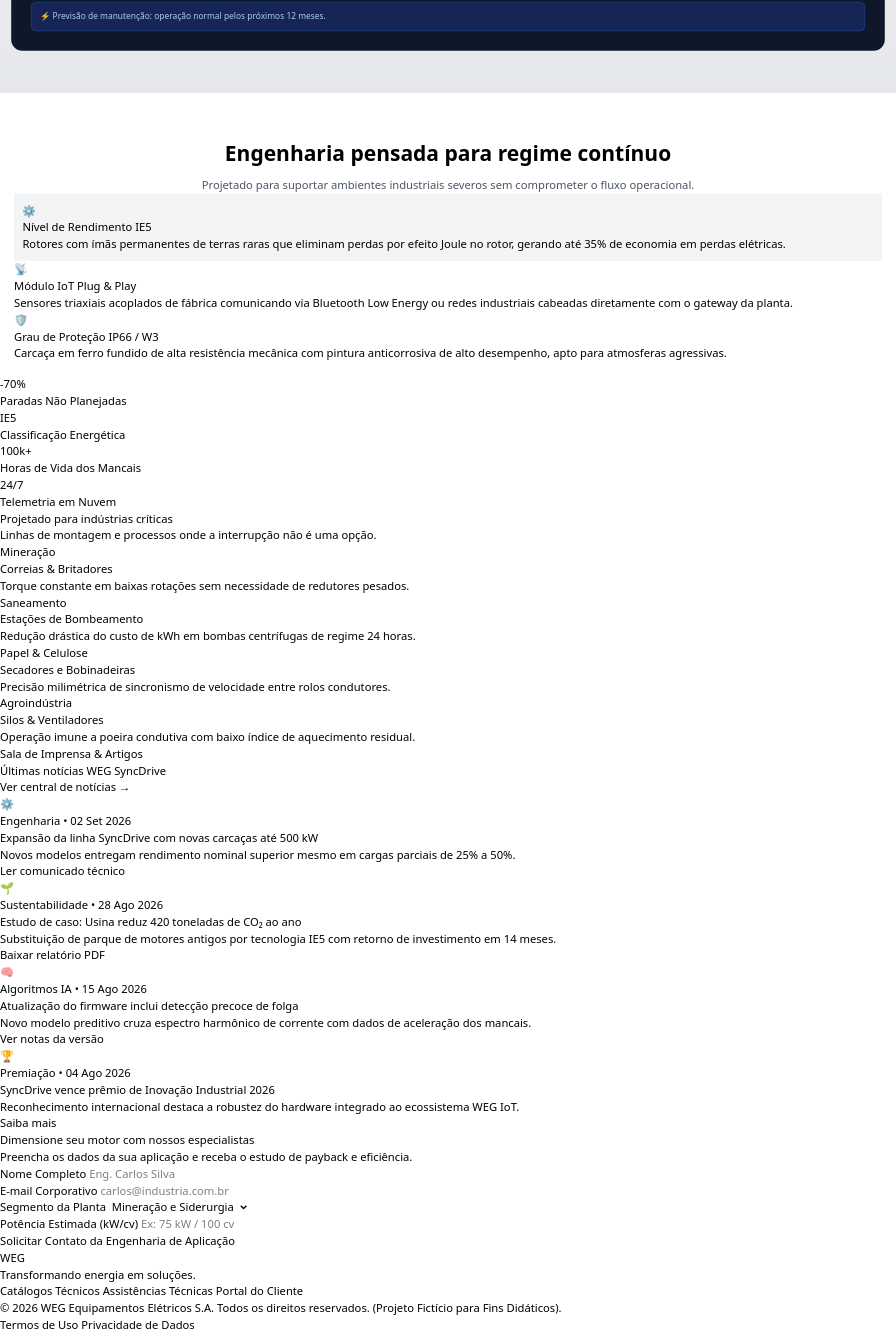
Repository: camilewng/Exercicio-Tailwind
Page: index.html
These files come from the project's save history. The page is drawn as it stood at one moment and after the next save; the edit follows.
The browser window is 1280 px wide. The pictures show the part of the page from y = 872 to 2792 px (the page is 2776 px tall before and 2792 px after), at 70% of full size.

Above is the page before, as saved 2026-09-08 21:15:09.

After the next save:
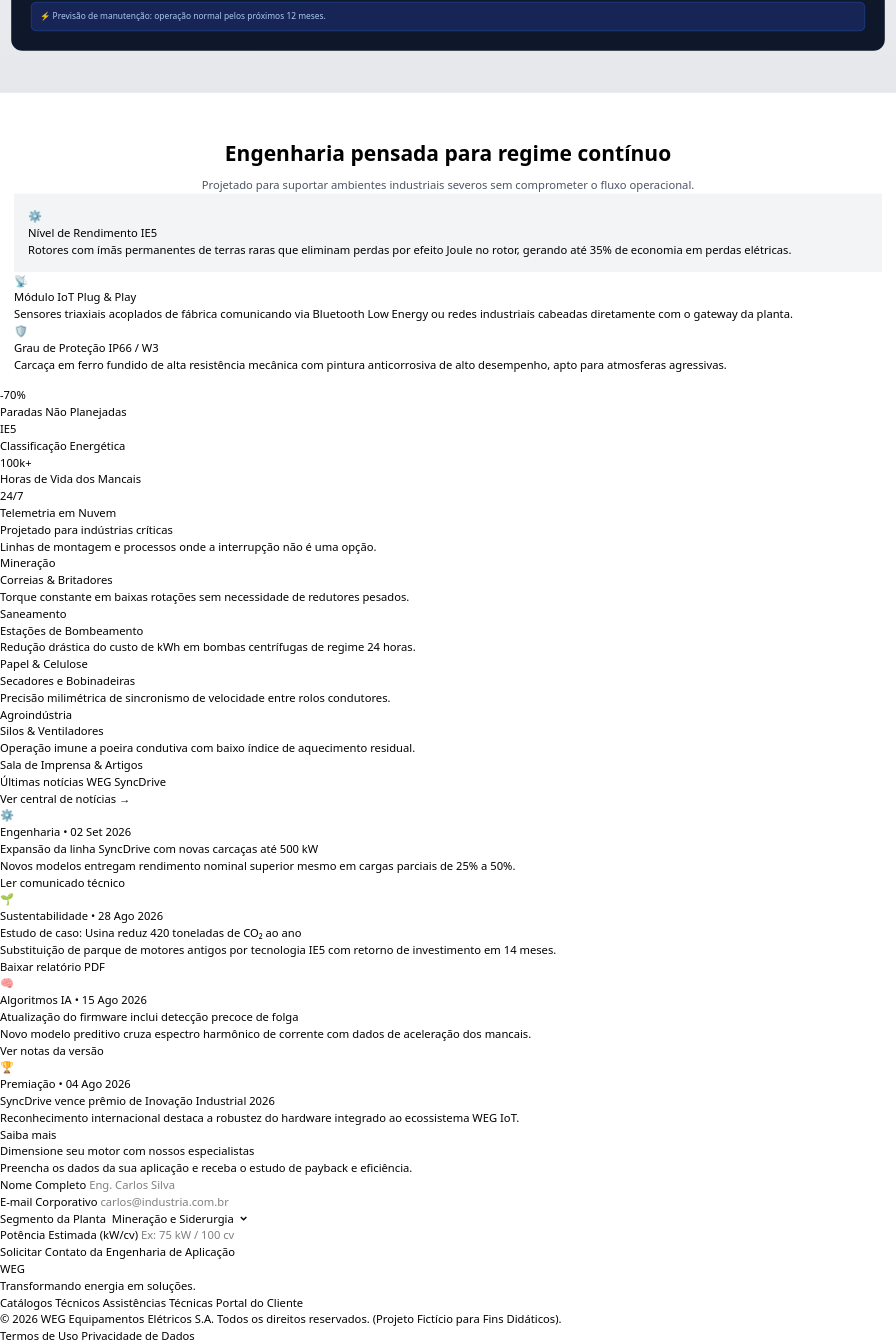
Saved 4 s later.
--- a/index.html
+++ b/index.html
@@ -132,7 +132,7 @@
         </div>
 
         <div>
-          <article class="bg-gray-100 p-3">
+          <article class="bg-gray-100 p-5">
             <div>⚙️</div>
             <h3>Nível de Rendimento IE5</h3>
             <p>Rotores com ímãs permanentes de terras raras que eliminam perdas por efeito Joule no rotor, gerando até 35% de economia em perdas elétricas.</p>
